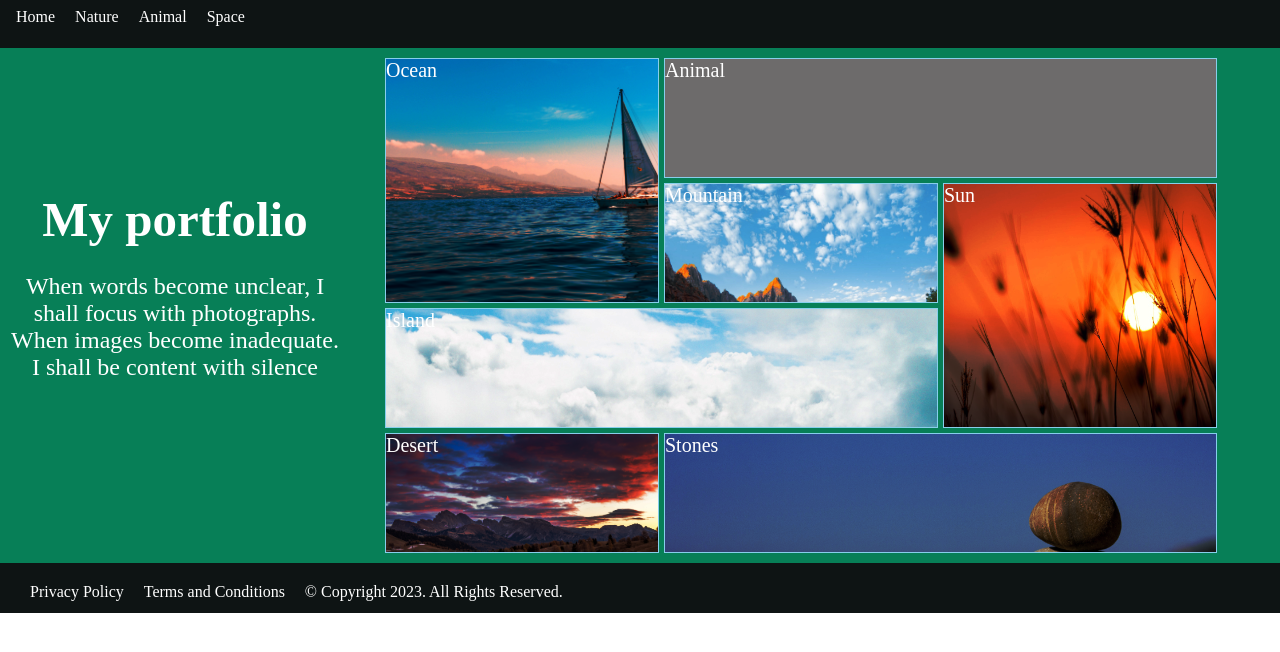
Repository: suraj-yadav7/03_Gallery_Portfolio
Page: index.html
The author's editor kept a copy of each file at every save. The page is drawn from the files as they stood at one save, then again after the next save.
The browser window is 1280 px wide. The pictures show the whole page.
Pictures or frames that could not be fetched are drawn as grey boxes. Some web fonts or font styles are not loaded; a fallback is used.

Above is the page before, as saved 2023-02-14 21:40:47.

### index.html
<!DOCTYPE html>
<html lang="en">
<head>
    <meta charset="UTF-8">
    <meta http-equiv="X-UA-Compatible" content="IE=edge">
    <meta name="viewport" content="width=device-width, initial-scale=1.0">
    <title>Gallery</title>
    <link rel="stylesheet" href="style.css">
</head>
<body>
    <nav class="nav-section">
        <div class="nav-container">
        <ul class="nav-item flex">
            <li>    <a href="#">Home</a>   </li>
            <li>    <a href="#">Nature</a> </li>
            <li>    <a href="#">Animal</a> </li>
            <li>    <a href="#">Space</a> </li>
        </ul>
        </div>
    </nav>

        <div class="container flex">
            <div class="header-text">
                <h1 class="heading">My portfolio</h1>
                <p class="para">When words become unclear, I shall focus with photographs. When images become inadequate. I shall be content with silence</p>
            </div>
            <div class="gallery-layout">
                <div class="box" id="box1">Ocean</div>
                <div class="box" id="box2">Animal</div>
                <div class="box" id="box3">Mountain</div>
                <div class="box" id="box4">Sun</div>
                <div class="box" id="box5">Island</div>
                <div class="box" id="box6">Desert</div>
                <div class="box" id="box7">Stones</div>
            </div>
        </div>
        <footer>
            <div class="flex">
                <a>Privacy Policy</a>
                <a>Terms and Conditions</a>
                <a>© Copyright 2023. All Rights Reserved.</a>
            </div>
        </footer>
</body>
</html>

### style.css
@import url('https://fonts.googleapis.com/css2?family=Bodoni+Moda:ital,opsz@0,6..96;1,6..96&display=swap');

*{
    margin: 0;
    padding: 0;
    box-sizing: border-box;
}

:root{
    --primary-text-color: #1a0000;
    --secondary-text-color:  #33331a;
    --accent-color:  #cc99ff;
    --accent-dark-color: #4d88ff;
    --padding-inline-section: 20px;
}


/* Utility */


a{
    text-decoration: none;
    color: rgb(255, 255, 255);


}

.flex{
    display: flex;
    align-items: center;

}

/* Nav section */
.nav-container{
    background-color: rgb(14, 20, 20);
    padding: 1rem;
    font-family: 'Bodoni Moda', serif;
    font-size: 1rem;
    height: 3rem;


}
.nav-item{
    gap: 20px;
    list-style: none;
    margin-top: -0.5rem;
}
a:hover{
    color:#fff;
}

/*main -section */
.container{
    background-color: rgb(7, 127, 87);
    padding-block: 10px;
    gap: 35px;
    font-family: "bodoni modo" ;

}
.header-text{
    height: 250px;
   width: 350px;
    color: white;
    text-align: center;
    padding: 10px;

}
.heading{
    font-size: 49px;
}
.para{
    margin-top: 25px;
    font-size: 1.5rem;
}
.gallery-layout{
    display: grid;
    row-gap: 5px;
    column-gap: 5px;
    grid-template-columns: repeat(3, 1fr);
    grid-auto-rows: 120px;
    flex-basis: 65%;

}

.box{
    background-color: rgb(63, 60, 60);
    border: 1px solid skyblue;
    background-size: cover;
    background-position: top;
    background-blend-mode: hard-light;
    transition: all 1s ease-in-out;
    cursor: pointer;
    color: white;
    font-size: 20px;


}
.box:hover{
    background-color:rgb(210, 204, 204) ;
    background-position: center;

    box-shadow: 0 0 4px #fff;

}

#box1{
    grid-row: span 2;
    background-image: url("images/pexels-szelei-robert-1482193.jpg");


}

#box2{
    grid-column: span 2;
    background-image: url("images/pexels-dsd-1829979.jpg");

}
#box3{
    background-image: url("images/pexels-michael-block-3225517.jpg");

}

#box4{
    grid-row: span 2;
    background-image: url("images/pexels-darwis-alwan-1454752.jpg");
}

#box5{
    grid-column: span 2;
    background-image: url("images/pexels-michael-block-3225524.jpg");

}
#box6{
    background-image: url("images/pexels-michal-lizuch-2919720.jpg");

}

#box7{
    grid-column: span 2;
    background-image: url("images/pexels-pixabay-235990.jpg");

}


/* Footer */
footer{
    height: 50px;
    max-width: 100%;
    background-color: rgb(14, 20, 20);
    padding: var(--padding-inline-section);
    font-family: 'Bodoni Moda', serif;
    font-size: 1rem;
}
footer a{
margin:0 10px;
}
/* media queries for Mobile Responsiveness */

@media screen and (max-width: 1024px){

    .container{
        flex-direction: column;
        padding: 20px;
    }
    .box{
        grid-column: span 3;
        grid-row: span 1;

    }
.gallery-layout{
    margin-top:-20px;
    width: 100%;
    grid-auto-rows: 100px;
    padding-inline: 12px;
    row-gap: 10px;

}
#box2, #box5, #box7{
    grid-column: span 3;
}

}

After the next save:
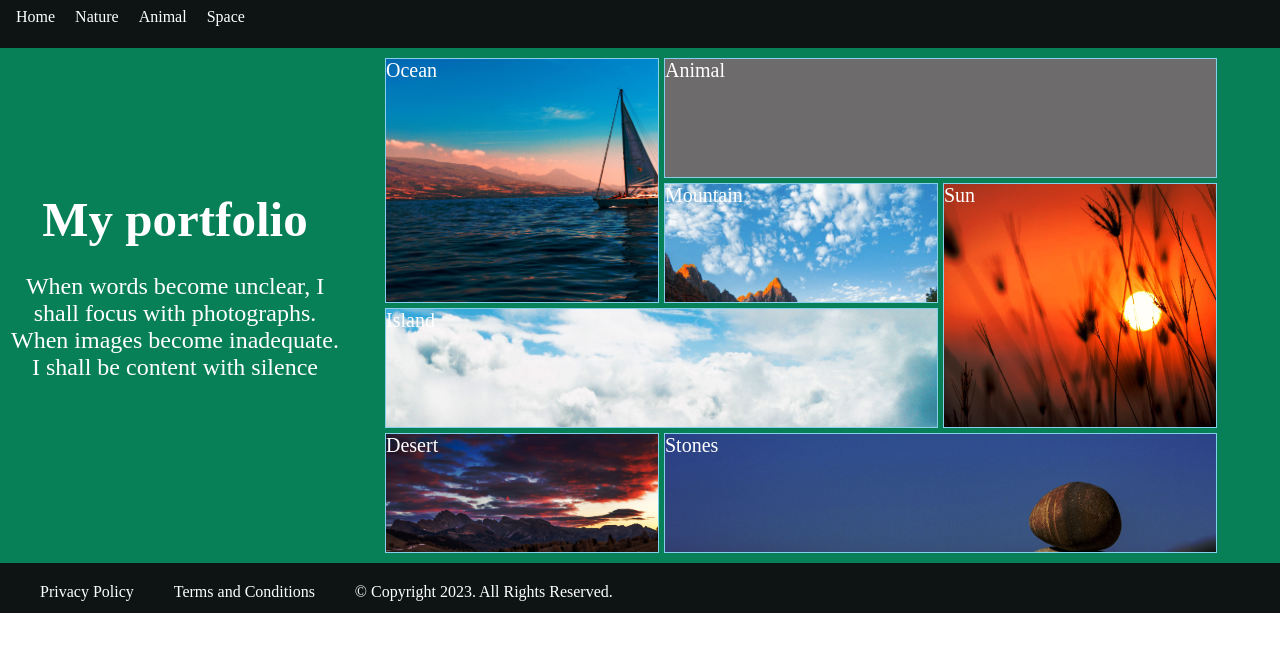
Saved 2 min 33 s later.
--- a/style.css
+++ b/style.css
@@ -153,7 +153,7 @@ footer{
     font-size: 1rem;
 }
 footer a{
-margin:0 10px;
+margin:0 20px;
 }
 /* media queries for Mobile Responsiveness */
 
